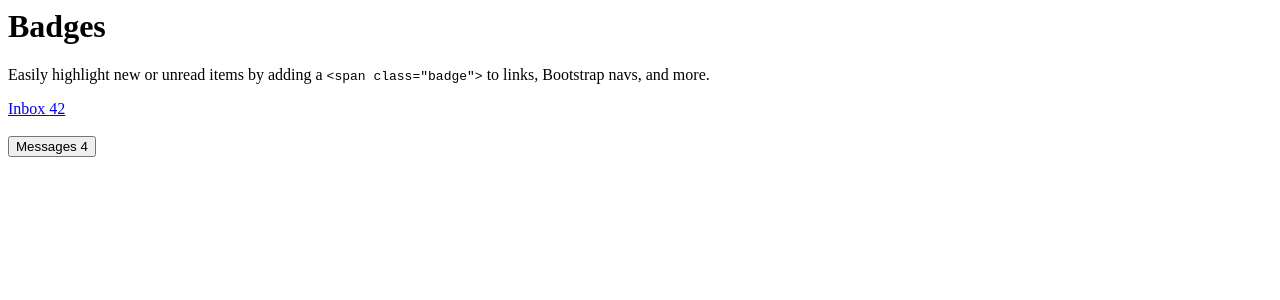
Repository: WTW-IM/bda-ui-toolkit
Page: docs/_includes/base/badges.html
The author's editor kept a record of every edit. The page is drawn from the files as they stood at one moment, then again after the next edit.
The browser window is 1280 px wide. The pictures show the whole page.

Above is the page before.

After the next edit:
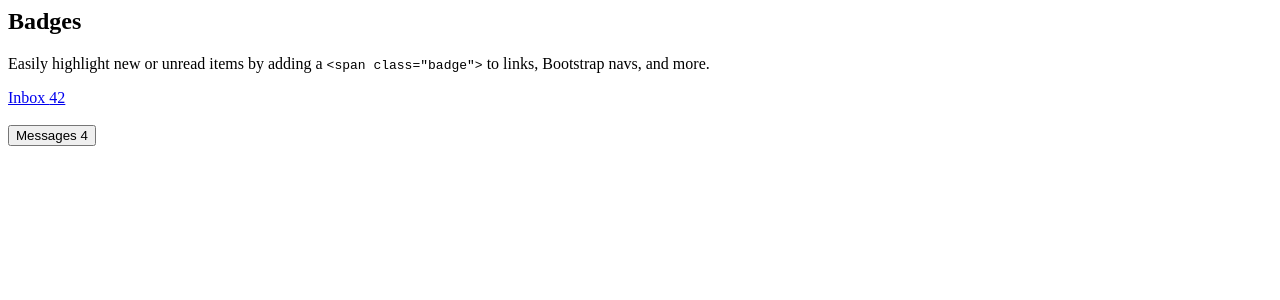
The edit:
--- a/docs/_includes/base/badges.html
+++ b/docs/_includes/base/badges.html
@@ -1,5 +1,5 @@
 <div class="bs-docs-section">
-  <h1 id="badges" class="page-header">Badges</h1>
+  <h2 id="badges" class="page-header">Badges</h2>
 
   <p class="lead">Easily highlight new or unread items by adding a <code>&lt;span class="badge"&gt;</code> to links, Bootstrap navs, and more.</p>
 
